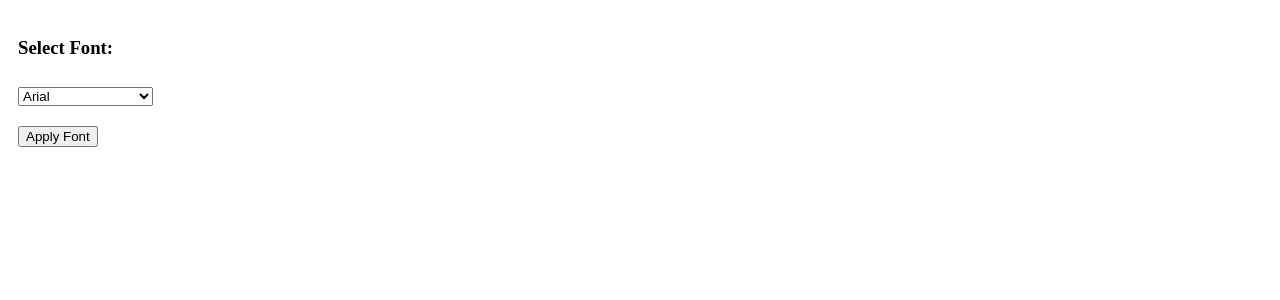
Repository: adatechschool/extension-navigateur-extension_walid_eliana_imelda
Page: extention 5/popup.html
The author's editor kept a copy of each file at every save. The page is drawn from the files as they stood at one save, then again after the next save.
The browser window is 1280 px wide. The pictures show the whole page.

Above is the page before, as saved 2024-01-19 00:22:32.

### extention 5/popup.html
<!DOCTYPE html>
<html>
<head>
  <title>Font Changer</title>
  <link rel="stylesheet" type="text/css" href="popup.css">
  <script src="popup.js"></script>
</head>
<body>
  <h3>Select Font:</h3>
  <select id="fontSelector">
    <option value="Arial">Arial</option>
    <option value="Times New Roman">Times New Roman</option>
    <option value="Courier New">Courier New</option>
  </select>
  <button id="applyFont">Apply Font</button>
</body>
</html>

### extention 5/popup.css
body {
    width: 200px;
    padding: 10px;
  }

  select, button {
    margin: 10px 0;
  }

### extention 5/popup.js
document.addEventListener('DOMContentLoaded', function () {
  const fontSelector = document.getElementById('fontSelector');
  const applyFontButton = document.getElementById('applyFont');

  applyFontButton.addEventListener('click', function () {
    chrome.tabs.query({ active: true, currentWindow: true }, function (tabs) {
      chrome.tabs.sendMessage(tabs[0].id, {action: 'changeFont',font: fontSelector.value
      });
    });
  });
});

After the next save:
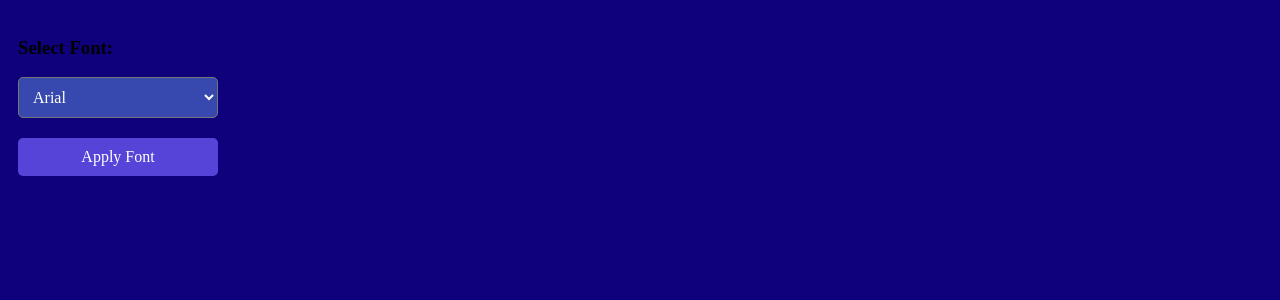
Saved 76 s later.
--- a/extention 5/popup.css
+++ b/extention 5/popup.css
@@ -1,8 +1,49 @@
+@font-face {
+  font-family: OpenDyslexic;
+  src: url('OpenDyslexic-Regular.otf') format('otf');
+  font-weight: normal;
+  font-style: normal;
+}
 body {
     width: 200px;
     padding: 10px;
+    background-color: #0f007c;
+    border-radius: 5px;
+
+  }
+
+
+  label {
+    font-family: Montserrat;
+    display: block;
+    margin-bottom: 5px;
+    font-size: 14px;
+   color : white;
   }
 
   select, button {
-    margin: 10px 0;
+    width: 100%;
+    margin-bottom: 20px;
+    padding: 10px;
+    font-size: 16px;
+    background-color:#3749ae;
+    border-radius: 5px;
+    font-family: Montserrat;
+    color : white;
+
   }
+
+  button {
+    background-color: #5544d7;
+    border: 5px;
+    cursor: pointer;
+
+  }
+
+  button:hover {
+    background-color: #357ae8;
+  }
+  h1 {
+    color:white;
+    font-family: Montserrat;
+  }
